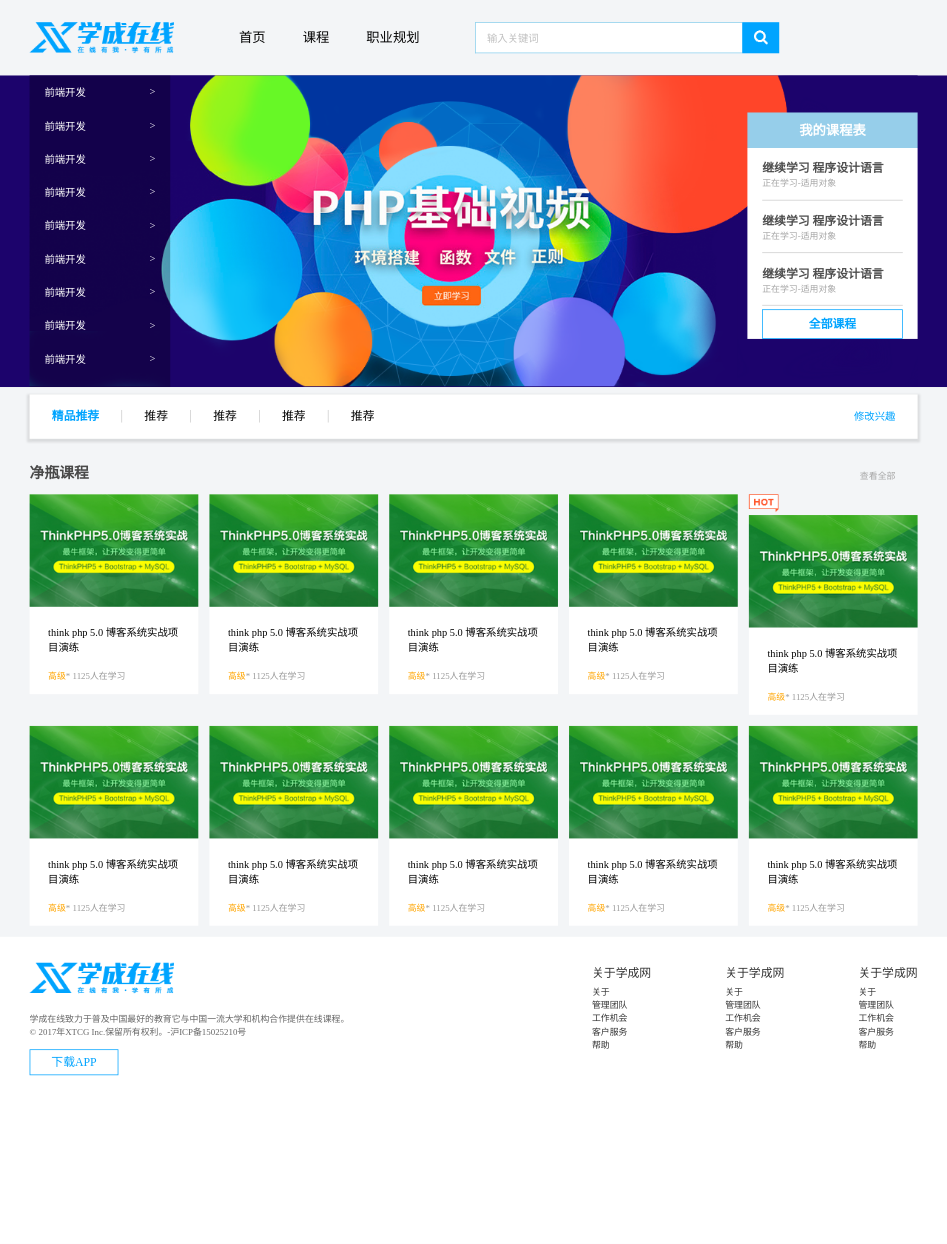
Repository: R1Deemo/Web-Project
Page: index..html
These files come from the project's save history. The page is drawn as it stood at one moment and after the next save; the edit follows.
The browser window is 1280 px wide. The pictures show the whole page, at 74% of full size.

Above is the page before, as saved 2022-03-10 19:59:29.

### index..html
<!DOCTYPE html>
<html lang="en">

<head>
    <meta charset="UTF-8">
    <meta http-equiv="X-UA-Compatible" content="IE=edge">
    <meta name="viewport" content="width=device-width, initial-scale=1.0">
    <title>测试页面</title>
    <link rel="stylesheet" href="style.css">
</head>

<body>
    <!--头部模块 -->
    <div class="header w">
        <div class="logo">
            <img src="images/学成在线.png" alt="">
        </div>
        <!-- 实际开发中要用li+a的做法做导航栏 -->
        <div class="nav">
            <ul>
                <li>
                    <a href="#">首页</a>
                </li>
                <li>
                    <a href="#">课程</a>
                </li>
                <li>
                    <a href="#">职业规划</a>
                </li>

            </ul>
        </div>
        <!-- 搜索模块 -->
        <div class="search">
            <input type="text" value="输入关键词">
            <button></button>

        </div>

    </div>
    <!-- 头部区域结束 -->
    <!-- banner部分开始 -->
    <div class="banner">
        <div class="w">
            <div class="subnav">
                <ul>
                    <li><a href="#">前端开发<span>&gt</span></a></li>
                    <li><a href="#">前端开发<span>&gt</span></a></li>
                    <li><a href="#">前端开发<span>&gt</span></a></li>
                    <li><a href="#">前端开发<span>&gt</span></a></li>
                    <li><a href="#">前端开发<span>&gt</span></a></li>
                    <li><a href="#">前端开发<span>&gt</span></a></li>
                    <li><a href="#">前端开发<span>&gt</span></a></li>
                    <li><a href="#">前端开发<span>&gt</span></a></li>
                    <li><a href="#">前端开发<span>&gt</span></a></li>

                </ul>

            </div>
            <div class="course">
                <h2>我的课程表</h2>
                <div class="bd">
                    <ul>
                        <li>
                            <h4>继续学习 程序设计语言</h4>
                            <p>正在学习-适用对象</p>
                        </li>
                        <li>
                            <h4>继续学习 程序设计语言</h4>
                            <p>正在学习-适用对象</p>
                        </li>
                        <li>
                            <h4>继续学习 程序设计语言</h4>
                            <p>正在学习-适用对象</p>
                        </li>
                    </ul>
                    <a href="#" class="more">全部课程</a>
                </div>

            </div>
        </div>

    </div>
    <!-- banner区域结束 -->
    <!-- 精品推荐模块开始 -->
    <div class="goods w">
        <h3>精品推荐</h3>
        <ul>
            <li><a href="#">推荐</a></li>
            <li><a href="#">推荐</a></li>
            <li><a href="#">推荐</a></li>
            <li><a href="#">推荐</a></li>

        </ul>
        <a href="#" class="mod">修改兴趣</a>
    </div>
    <div class="box w">
        <div class="box-hd">
            <h3>净瓶课程</h3>
            <a href="#">查看全部</a>
        </div>
        <div class="box-bd">
            <ul class="clearfix">
                <em><img src="images/hot.png" alt=""></em>
                <li><img src="images/pic.png" alt="">
                    <h4>think php 5.0 博客系统实战项目演练</h4>
                    <div class="info"><span>高级</span>* 1125人在学习</div>
                </li>
                <li><img src="images/pic.png" alt="">
                    <h4>think php 5.0 博客系统实战项目演练</h4>
                    <div class="info"><span>高级</span>* 1125人在学习</div>
                </li>
                <li><img src="images/pic.png" alt="">
                    <h4>think php 5.0 博客系统实战项目演练</h4>
                    <div class="info"><span>高级</span>* 1125人在学习</div>
                </li>
                <li><img src="images/pic.png" alt="">
                    <h4>think php 5.0 博客系统实战项目演练</h4>
                    <div class="info"><span>高级</span>* 1125人在学习</div>
                </li>
                <li><img src="images/pic.png" alt="">
                    <h4>think php 5.0 博客系统实战项目演练</h4>
                    <div class="info"><span>高级</span>* 1125人在学习</div>
                </li>
                <li><img src="images/pic.png" alt="">
                    <h4>think php 5.0 博客系统实战项目演练</h4>
                    <div class="info"><span>高级</span>* 1125人在学习</div>
                </li>
                <li><img src="images/pic.png" alt="">
                    <h4>think php 5.0 博客系统实战项目演练</h4>
                    <div class="info"><span>高级</span>* 1125人在学习</div>
                </li>
                <li><img src="images/pic.png" alt="">
                    <h4>think php 5.0 博客系统实战项目演练</h4>
                    <div class="info"><span>高级</span>* 1125人在学习</div>
                </li>
                <li><img src="images/pic.png" alt="">
                    <h4>think php 5.0 博客系统实战项目演练</h4>
                    <div class="info"><span>高级</span>* 1125人在学习</div>
                </li>
                <li><img src="images/pic.png" alt="">
                    <h4>think php 5.0 博客系统实战项目演练</h4>
                    <div class="info"><span>高级</span>* 1125人在学习</div>
                </li>



            </ul>
        </div>
    </div>
    <!-- footer模块 -->
    <div class="footer">
        <div class="w">
            <div class="copyright">
                <img src="images/学成在线.png" alt="">
                <p>学成在线致力于普及中国最好的教育它与中国一流大学和机构合作提供在线课程。<br> © 2017年XTCG Inc.保留所有权利。-沪ICP备15025210号</p>
                <a href="#" class="app">下载APP</a>
            </div>
            <div class="links">
                <dl>
                    <dt>关于学成网</dt>
                    <dd><a href="#">关于</a></dd>
                    <dd><a href="#">管理团队</a></dd>
                    <dd><a href="#">工作机会</a></dd>
                    <dd><a href="#">客户服务</a></dd>
                    <dd><a href="#">帮助</a></dd>
                </dl>
                <dl>
                    <dt>关于学成网</dt>
                    <dd><a href="#">关于</a></dd>
                    <dd><a href="#">管理团队</a></dd>
                    <dd><a href="#">工作机会</a></dd>
                    <dd><a href="#">客户服务</a></dd>
                    <dd><a href="#">帮助</a></dd>
                </dl>
                <dl>
                    <dt>关于学成网</dt>
                    <dd><a href="#">关于</a></dd>
                    <dd><a href="#">管理团队</a></dd>
                    <dd><a href="#">工作机会</a></dd>
                    <dd><a href="#">客户服务</a></dd>
                    <dd><a href="#">帮助</a></dd>
                </dl>
            </div>
        </div>



</body>

</html>

### style.css
* {
    margin: 0;
    padding: 0;
}

.w {
    width: 1200px;
    margin: 0 auto;
}

.clearfix::before,
.clearfix::after {
    content: "";
    display: table;
}

.clearfix::after {
    clear: both;
}

.clearfix {
    *zoom: 1;
}

body {
    background-color: #f3f5f7;
}

li {
    list-style: none;
}

a {
    text-decoration: none;
}

.header {
    height: 42px;
    /* background-color: pink; */
    margin: 30px auto;
}

.logo {
    float: left;
    width: 198px;
    height: 42px;
}

.nav {
    float: left;
    margin-left: 60px;
}

.nav ul li {
    float: left;
    margin: 0 15px;
}

.nav ul li a {
    display: block;
    height: 42px;
    padding: 0 10px;
    line-height: 42px;
    font-size: 18px;
    color: #050505;
}

.nav ul li a:hover {
    border-bottom: 2px solid #00a4ff;
}

.search {
    float: left;
    width: 412px;
    height: 42px;
    margin-left: 50px;
}

.search input {
    float: left;
    width: 345px;
    height: 40px;
    border: 1px solid skyblue;
    border-right: 0;
    color: #bfbfbf;
    font-size: 14px;
    padding-left: 15px;
}

.search button {
    float: left;
    width: 50px;
    height: 42px;
    border: 0;
    background: url(images/btn.png);
}

.banner {
    background-color: #1c036c;
    height: 421px;
}

.banner .w {
    background: url(images/banner2.png) no-repeat top center;
    height: 421px;
}

.subnav {
    float: left;
    width: 190px;
    height: 421px;
    background-color: rgba(0, 0, 0, .3);
}

.subnav ul li {
    height: 45px;
    line-height: 45px;
    padding: 0 20px;
}

.subnav ul li a {
    font-size: 14px;
    color: #fff;
}

.subnav ul li a span {
    float: right;
}

.subnav ul li a:hover {
    color: #00a4ff;
}

.course {
    float: right;
    margin-top: 50px;
    width: 230px;
    height: 300px;
    /* background-color: #fff; */
}

.course h2 {
    height: 48px;
    background-color: #96ceea;
    font-size: 18px;
    line-height: 48px;
    text-align: center;
    color: #fff;
}

.bd {
    padding: 0 20px;
    background-color: white;
}

.bd ul li h4 {
    font-size: 16px;
    color: #4e4e4e;
}

.bd ul li p {
    font-size: 12px;
    color: #a5a5a5;
}

.bd ul li {
    border-bottom: 1px solid #ccc;
    padding: 14px 0;
}

.bd .more {
    display: block;
    margin-top: 5px;
    height: 38px;
    border: 1px solid #00a4ff;
    text-align: center;
    line-height: 38px;
    color: #00a4ff;
    font-size: 16px;
    font-weight: 700;
}

.goods {
    height: 60px;
    background-color: #fff;
    box-shadow: 0 2px 3px 3px rgba(0, 0, 0, .1);
    margin-top: 10px;
    line-height: 60px;
}

.goods h3 {
    float: left;
    margin-left: 30px;
    color: #00a4ff;
    font-size: 16px;
}

.goods ul {
    float: left;
    margin-left: 30px;
}

.goods ul li {
    float: left;
}

.goods ul li a {
    padding: 0 30px;
    font-size: 16px;
    color: #050505;
    border-left: 1px solid #ccc;
}

.mod {
    float: right;
    margin-right: 30px;
    font-size: 14px;
    color: #00a4ff;
}

.box {
    margin-top: 30px;
}

.box-hd {
    height: 45px;
}

.box-hd h3 {
    float: left;
    font-size: 20px;
    color: #494949;
}

.box-hd a {
    float: right;
    font-size: 12px;
    color: #a5a5a5;
    margin-top: 10px;
    margin-right: 30px;
}

.box-bd ul {
    width: 1225px;
}

.box-bd ul li {
    float: left;
    width: 228px;
    height: 270px;
    margin-right: 15px;
    margin-bottom: 15px;
    background-color: #fff;
}

.box-bd ul li img {
    width: 100%;
}

.box-bd ul li h4 {
    margin: 20px 20px 20px 25px;
    font-size: 14px;
    color: #050505;
    font-weight: 400;
}

.box-bd .info {
    margin: 0 20px 0 25px;
    font-size: 12px;
    color: #999;
}

.box-bd .info span {
    color: orange;
}

.footer {
    height: 415px;
    background-color: #fff;
}

.footer .w {
    padding-top: 35px;
}

.copyright {
    float: left;
}

.copyright p {
    font-size: 12px;
    color: #666;
    margin: 20px 0 15px 0;
}

.copyright .app {
    display: block;
    width: 118px;
    height: 33px;
    border: 1px solid #00a4ff;
    text-align: center;
    line-height: 33px;
    color: #00a4ff;
    font-size: 16px;
}

.links {
    float: right;
}

.links dl {
    float: left;
    margin-left: 100px;
}

.links dl dt {
    font-size: 16px;
    color: #333;
    margin-bottom: 5px;
}

.links dl dd a {
    color: #333;
    font-size: 12px;
}

After the next save:
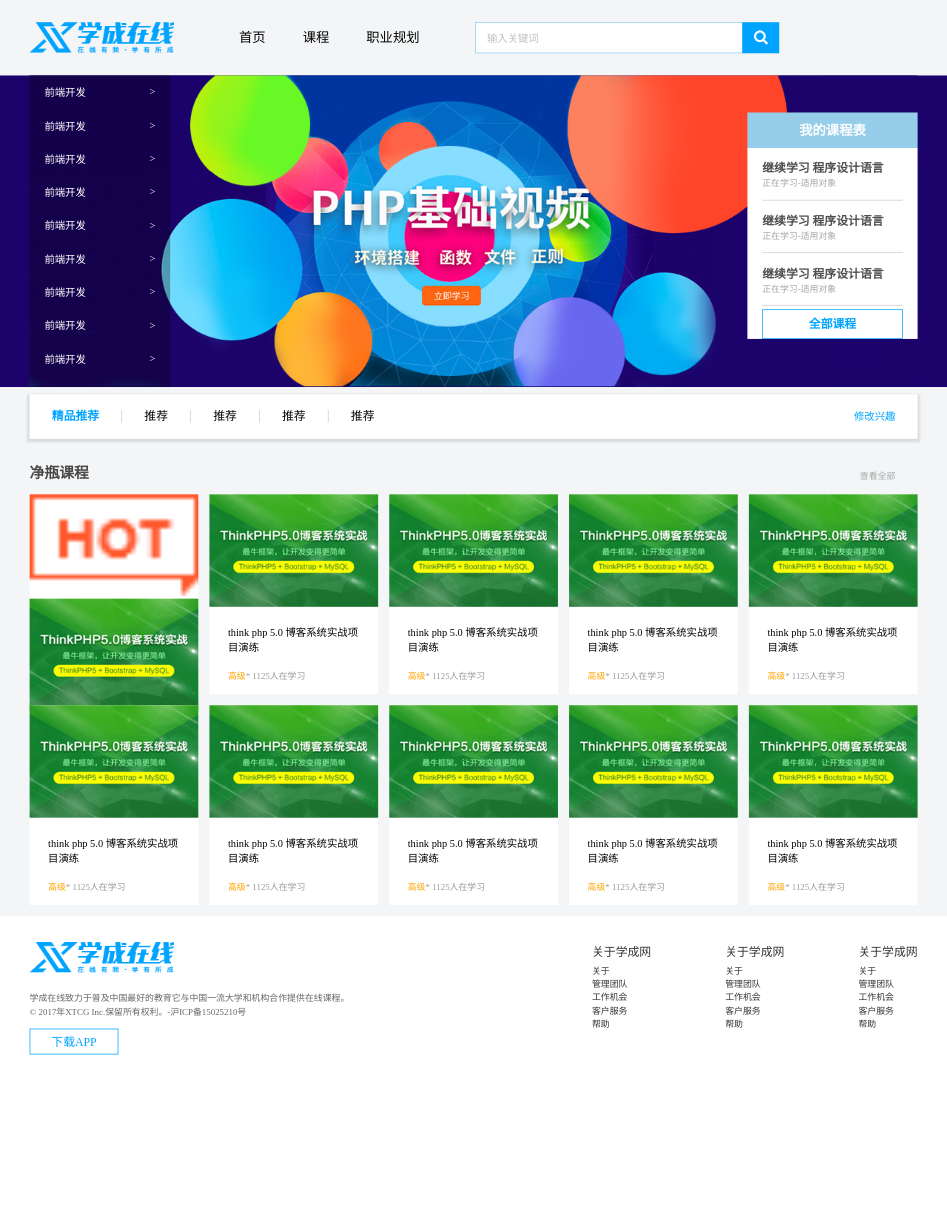
Saved 55 s later.
--- a/index..html
+++ b/index..html
@@ -101,8 +101,8 @@
         </div>
         <div class="box-bd">
             <ul class="clearfix">
-                <em><img src="images/hot.png" alt=""></em>
-                <li><img src="images/pic.png" alt="">
+
+                <li><em><img src="images/hot.png" alt=""></em><img src="images/pic.png" alt="">
                     <h4>think php 5.0 博客系统实战项目演练</h4>
                     <div class="info"><span>高级</span>* 1125人在学习</div>
                 </li>
